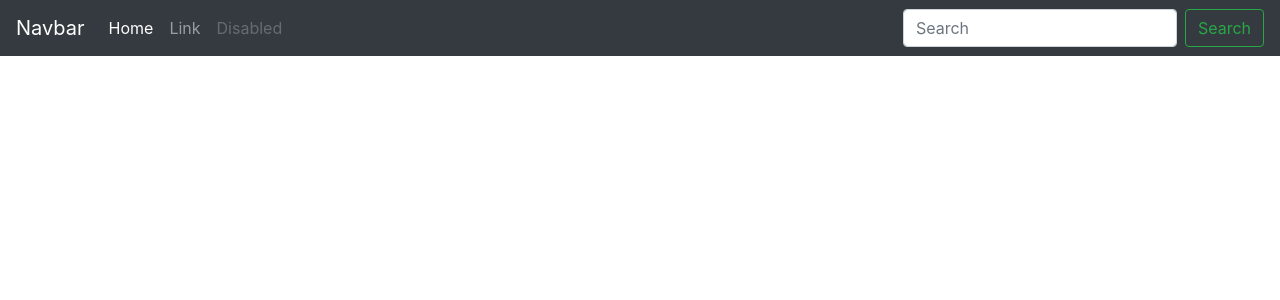
Repository: ClaraBausson/milestone_project_1
Page: index.html
The author's editor kept a record of every edit. The page is drawn from the files as they stood at one moment, then again after the next edit.
The browser window is 1280 px wide. The pictures show the whole page.
Some web libraries are served in a nearby version.

Above is the page before.

### index.html
<!DOCTYPE html>
<html lang="en">

<head>
    <meta charset="UTF-8">
    <meta name="viewport" content="width=device-width, initial-scale=1.0">
    <meta http-equiv="X-UA-Compatible" content="ie=edge">

    <title>Document</title>

    <!-------------------------- CSS links ------------------------------------>
    <script src="https://code.jquery.com/jquery-3.3.1.slim.min.js" integrity="sha384-q8i/X+965DzO0rT7abK41JStQIAqVgRVzpbzo5smXKp4YfRvH+8abtTE1Pi6jizo" crossorigin="anonymous"></script>
    <script src="https://cdnjs.cloudflare.com/ajax/libs/popper.js/1.14.7/umd/popper.min.js" integrity="sha384-UO2eT0CpHqdSJQ6hJty5KVphtPhzWj9WO1clHTMGa3JDZwrnQq4sF86dIHNDz0W1" crossorigin="anonymous"></script>
    <link rel="stylesheet" href="https://stackpath.bootstrapcdn.com/bootstrap/4.3.1/css/bootstrap.min.css" integrity="sha384-ggOyR0iXCbMQv3Xipma34MD+dH/1fQ784/j6cY/iJTQUOhcWr7x9JvoRxT2MZw1T" crossorigin="anonymous">
    <script src="https://stackpath.bootstrapcdn.com/bootstrap/4.3.1/js/bootstrap.min.js" integrity="sha384-JjSmVgyd0p3pXB1rRibZUAYoIIy6OrQ6VrjIEaFf/nJGzIxFDsf4x0xIM+B07jRM" crossorigin="anonymous"></script>

    <link rel="stylesheet" href="https://stackpath.bootstrapcdn.com/font-awesome/4.7.0/css/font-awesome.min.css" type="text/css" />
    <link rel="stylesheet" href="https://cdnjs.cloudflare.com/ajax/libs/hover.css/2.1.1/css/hover-min.css" type="text/css" />
    <link rel="stylesheet" href="css/main.css" type="text/css" />
</head>

<body>
    <!------------------------ NAVBAR/HEADER ---------------------------------->
    <header class="header">

        <nav class="navbar navbar-expand-lg navbar-dark bg-dark">
            <button class="navbar-toggler" type="button" data-toggle="collapse" data-target="#navbarTogglerDemo03" aria-controls="navbarTogglerDemo03" aria-expanded="false" aria-label="Toggle navigation">
    <span class="navbar-toggler-icon"></span>
  </button>
            <a class="navbar-brand" href="#">Navbar</a>

            <div class="collapse navbar-collapse" id="navbarTogglerDemo03">
                <ul class="navbar-nav mr-auto mt-2 mt-lg-0">
                    <li class="nav-item active">
                        <a class="nav-link" href="#">Home <span class="sr-only">(current)</span></a>
                    </li>
                    <li class="nav-item">
                        <a class="nav-link" href="#">Link</a>
                    </li>
                    <li class="nav-item">
                        <a class="nav-link disabled" href="#" tabindex="-1" aria-disabled="true">Disabled</a>
                    </li>
                </ul>
                <form class="form-inline my-2 my-lg-0">
                    <input class="form-control mr-sm-2" type="search" placeholder="Search" aria-label="Search">
                    <button class="btn btn-outline-success my-2 my-sm-0" type="submit">Search</button>
                </form>
            </div>
        </nav>

    </header>

    <!----------------------- CONTENT SECTION --------------------------------->
    <section>

    </section>

    <!--------------------------- FOOTER -------------------------------------->
    <footer>

    </footer>
</body>

</html>

### css/main.css
@import url('https://fonts.googleapis.com/css?family=Oswald:300,400,500,600,700|Poppins:300,400,500,600,700,800,900&display=swap&subset=latin-ext');



/*---------------------Special paddings/margins/text--------------------------*/

.no-padding {
    padding: 0;
}

.uppercase-text {
    text-transform: uppercase;
}

.header-text {

}

.subheader-text {

}

/*----------------------------------Colors------------------------------------*/


/*---------------------------------Headers------------------------------------*/


/*-------------------------------Hover effects--------------------------------*/


/*----------------------------------Footer------------------------------------*/

After the next edit:
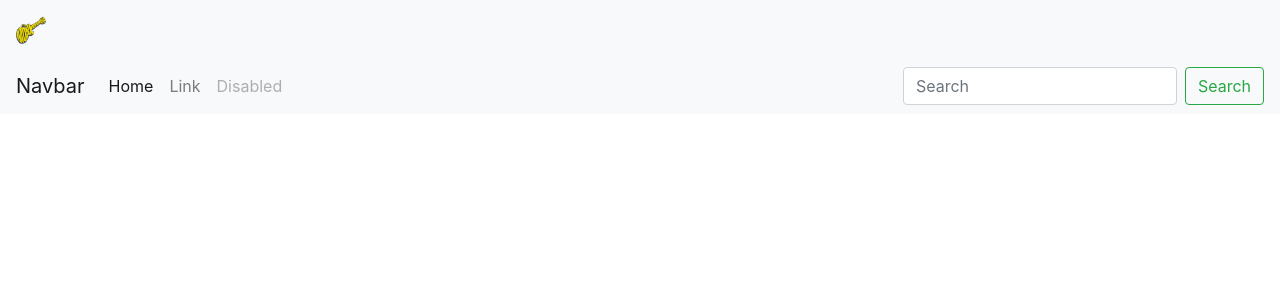
The edit:
--- a/index.html
+++ b/index.html
@@ -23,7 +23,11 @@
     <!------------------------ NAVBAR/HEADER ---------------------------------->
     <header class="header">
 
-        <nav class="navbar navbar-expand-lg navbar-dark bg-dark">
+        <nav class="navbar navbar-light bg-light">
+            <a class="navbar-brand" href="#"><img src="/assets/images/monkees-logo.png" width="30" height="30" alt=""></a>
+        </nav>
+
+        <nav class="navbar navbar-expand-lg navbar-light bg-light">
             <button class="navbar-toggler" type="button" data-toggle="collapse" data-target="#navbarTogglerDemo03" aria-controls="navbarTogglerDemo03" aria-expanded="false" aria-label="Toggle navigation">
     <span class="navbar-toggler-icon"></span>
   </button>
